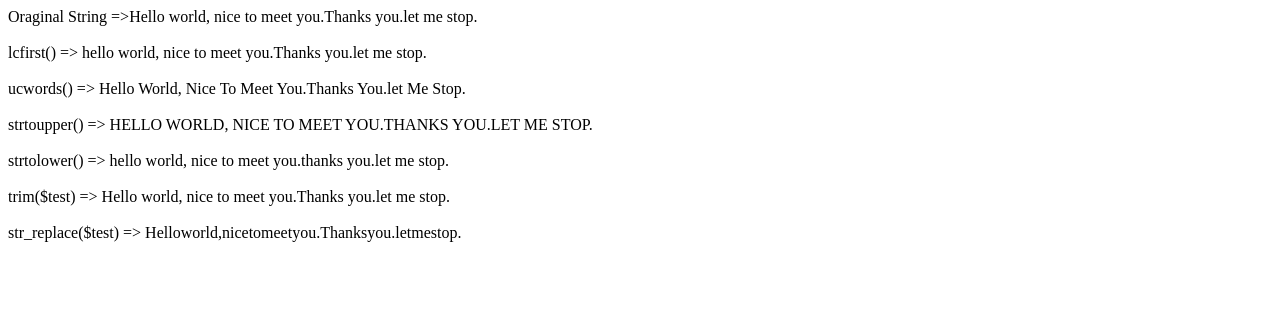
Repository: zinminkhantoo/assignment01
Page: http://localhost/String/printf_fprintf.php
These files come from the project's save history. The page is drawn as it stood at one moment and after the next save; the edit follows.
The browser window is 1280 px wide. The pictures show the whole page.
The page is run by PHP 8.4 with error messages shown; the project is at /var/www/html/.

Above is the page before, as saved 2020-04-12 10:17:03.

After the next save:
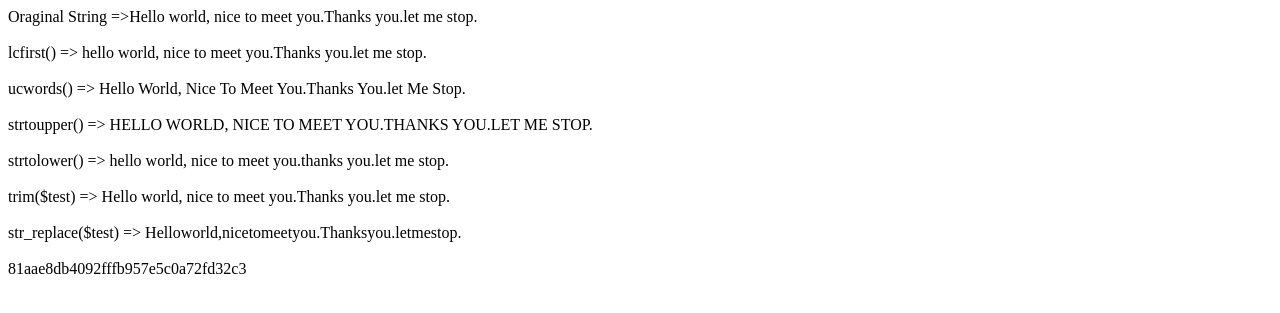
Saved 21 min 52 s later.
--- a/Test/String/printf_fprintf.php
+++ b/Test/String/printf_fprintf.php
@@ -9,5 +9,9 @@
     echo 'trim($test) => '.trim($test," ").$enter;
     echo 'str_replace($test) => '.str_replace(" ", "", $test).$enter;
 
+    //==================================================================
+
+    $password = "abcdefg1212112";
+    echo md5($password);
 
 ?>
